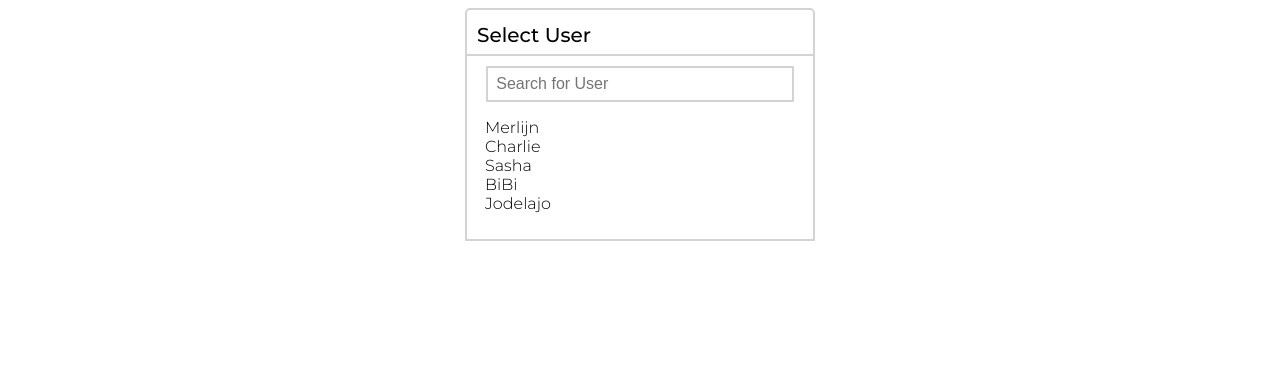
Repository: jodelajo/nuxt-filter-tutorial
Page: /
The author's editor kept a copy of each file at every save. The page is drawn from the files as they stood at one save, then again after the next save.
The browser window is 1280 px wide. The pictures show the whole page.
The project was rebuilt for these pictures with package versions that can differ from the ones it lists, and the page was loaded fresh each time. The framework's server and built-in components were replaced by stand-ins that run in the browser. Also part of the build but not shown: nuxt.config.js, components/NuxtLogo.vue, components/Tutorial.vue.

Above is the page before, as saved 2021-12-11 12:43:39.

After the next save:
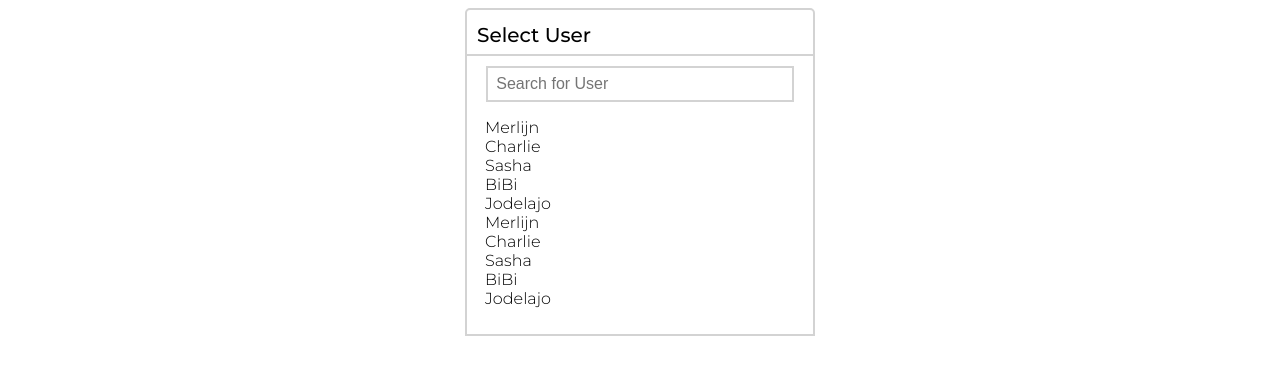
Saved 14 s later.
--- a/pages/index.vue
+++ b/pages/index.vue
@@ -13,6 +13,11 @@
         <div class="options">
           <ul>
             <li>Merlijn</li>
+            <li>Charlie</li>
+            <li>Sasha</li>
+            <li>BiBi</li>
+            <li>Jodelajo</li>
+             <li>Merlijn</li>
             <li>Charlie</li>
             <li>Sasha</li>
             <li>BiBi</li>
